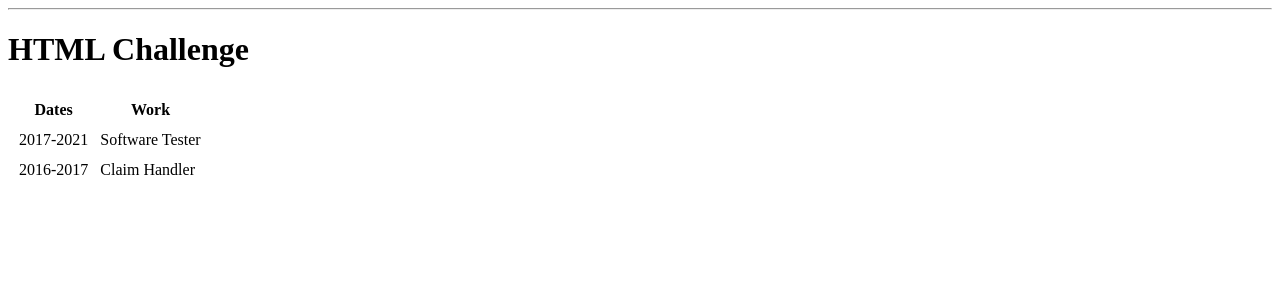
Repository: ew-code/Web-Development
Page: HTML - Personal Site/index copy.html
The author's editor kept a copy of each file at every save. The page is drawn from the files as they stood at one save, then again after a run of saves.
The browser window is 1280 px wide. The pictures show the whole page.

Above is the page before, as saved 2021-01-05 18:16:57.

### HTML - Personal Site/index copy.html
<!DOCTYPE html>
<html lang="en" dir="ltr">

<head>
  <meta charset="utf-8"> <!-- dopracować meta description dla silników wyszukiwarek-->
  <title>Html challenge</title>
</head>
 <body>
  <hr>

  <h1><strong> HTML Challenge</strong></h1>

  <table cellspacing="10">
    <thead>
      <tr>
        <th>Dates</th>
        <th>Work</th>
      </tr>
    </thead>
    <tbody>
      <tr>
        <td>2017-2021</td>
        <td>Software Tester</td>
      </tr>
    </tbody>
    <tbody>
      <tr>
        <td>2016-2017</td>
        <td>Claim Handler</td>
      </tr>
    </tbody>
  </table>

  <a href="https://developer.mozilla.org/en-US/docs/Web/HTML"></a>
</body>

</html>

After the next 2 saves:
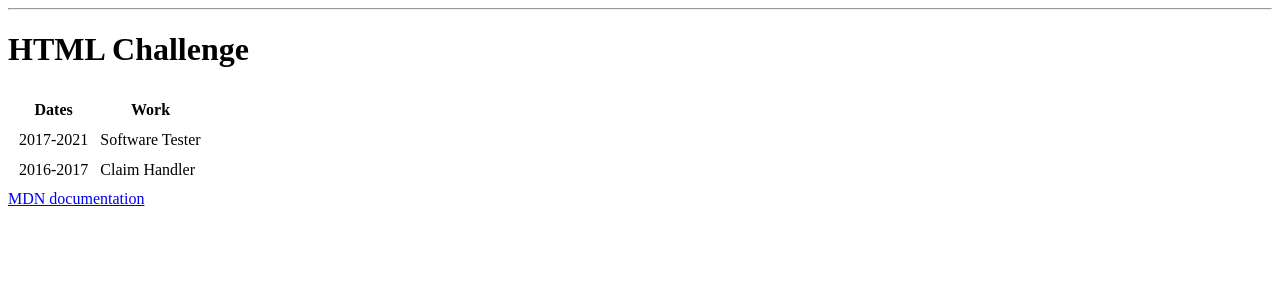
The 2 saves are shown as one change because they came seconds apart.
The last was saved 9 s later.
--- a/HTML - Personal Site/index copy.html
+++ b/HTML - Personal Site/index copy.html
@@ -31,7 +31,7 @@
     </tbody>
   </table>
 
-  <a href="https://developer.mozilla.org/en-US/docs/Web/HTML"></a>
+  <a href="https://developer.mozilla.org/en-US/docs/Web/HTML">MDN documentation</a>
 </body>
 
 </html>
